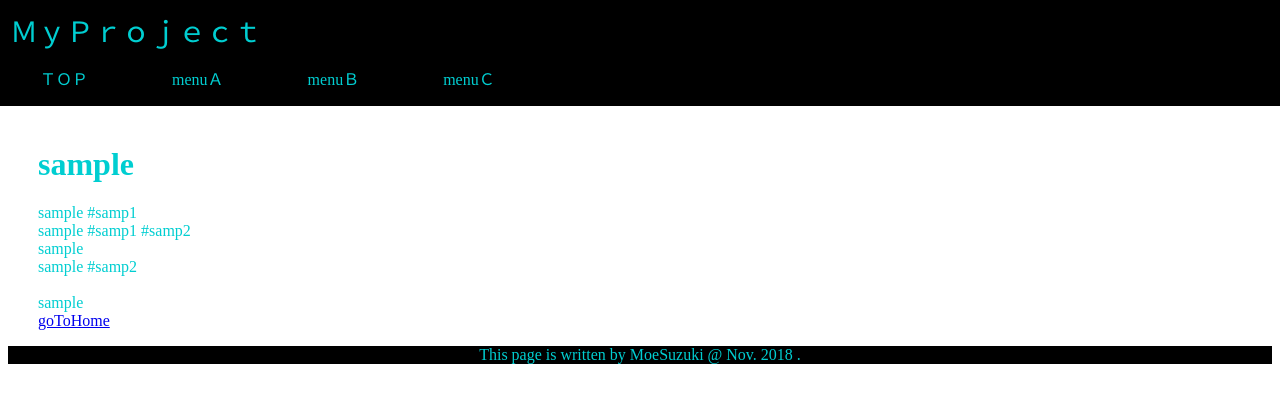
Repository: user10112018/test
Page: http://localhost/MyProject/jquery.jsp
An editor plug-in stored every save of this project. The page is shown before and after the next save, followed by the edit.
The browser window is 1280 px wide. The pictures show the whole page.
The page is served by Tomcat 9.

Above is the page before, as saved 2018-11-20 06:45:03.

After the next save:
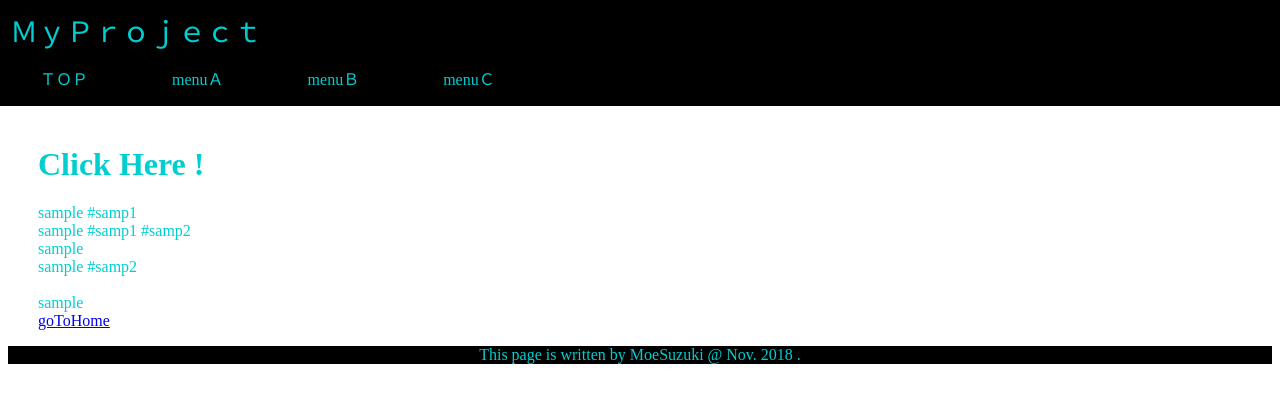
Saved 66 s later.
--- a/MyProject/WebContent/jquery.jsp
+++ b/MyProject/WebContent/jquery.jsp
@@ -53,7 +53,7 @@
 <div id="main-container">
 
 <h1>
-sample
+Click Here !
 <br>
 </h1>
 
